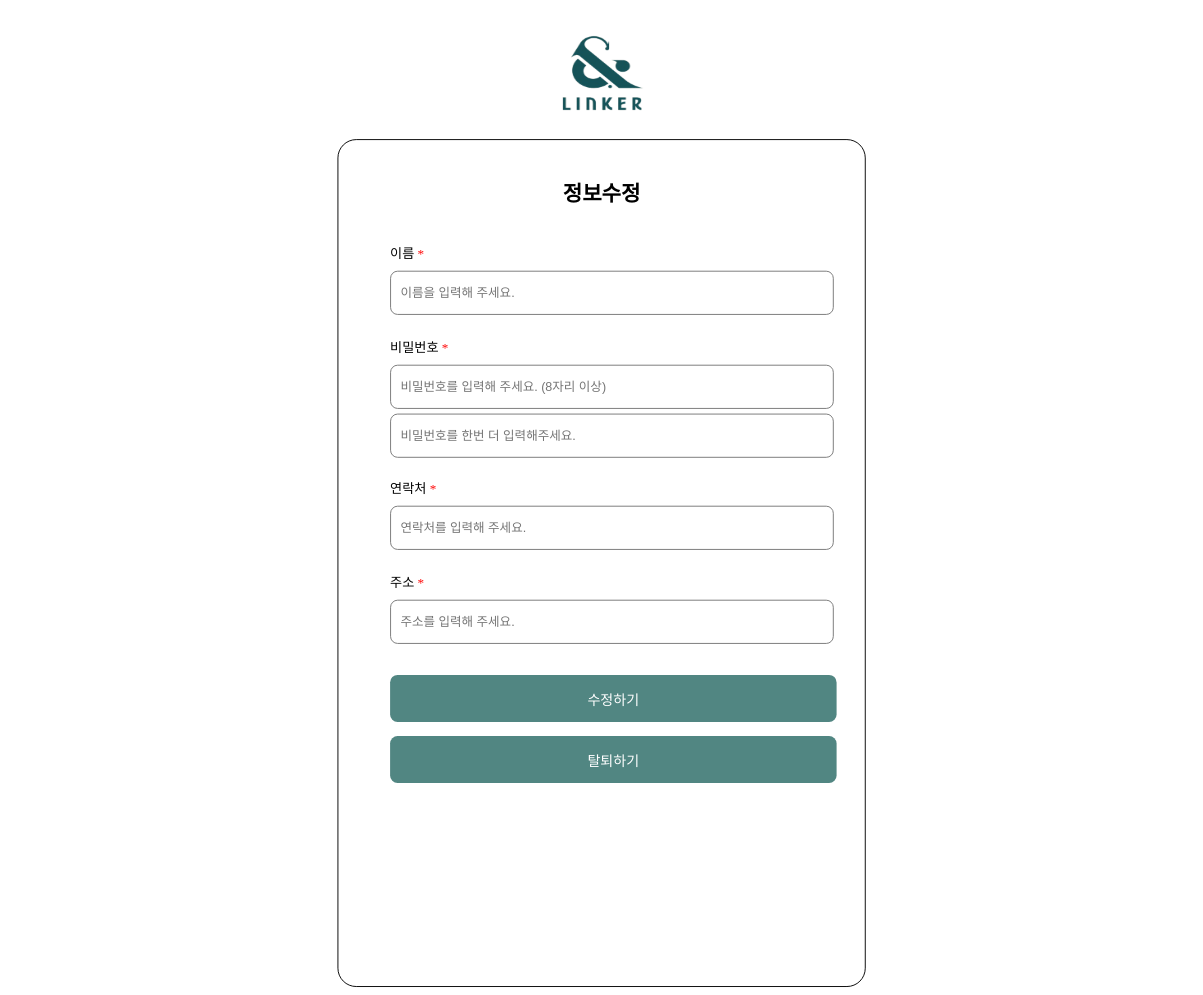
Repository: soomseting/let_me_go
Page: http://localhost/LINKER_re/jsp/main/user_update.jsp
An editor plug-in stored every save of this project. The page is shown before and after the next save, followed by the edit.
The browser window is 1280 px wide. The pictures show the whole page, at 94% of full size.
The pointer rests on the first visible `.su_con_for`.
The page is served by Tomcat 9. Other server files are loaded and not shown.

Above is the page before, as saved 2025-03-24 02:08:37.
Console error: TypeError: Cannot set properties of null (setting 'onclick')

### LINKER_re/src/main/webapp/jsp/main/user_update.jsp
<%@ page language="java" contentType="text/html; charset=UTF-8"
    pageEncoding="UTF-8"%>
<!DOCTYPE html>
<html lang="en">

<head>
    <meta charset="UTF-8">
    <meta name="viewport" content="width=device-width, initial-scale=1.0">
    <title>Document</title>
    <link rel="stylesheet" href="../../css/sign_up.css">
    <script src="https://ajax.googleapis.com/ajax/libs/jquery/3.3.1/jquery.min.js"></script>
    <script src="../../js/jquery-3.7.1.js"></script>
    <script src="../../js/script.js"></script>
</head>

<body>
    <section>
        <div class="sign_up_logo">
            <img src="../../img/logo.png" alt="logo">
        </div>
        <div class="sign_up_content">
            <div class="su_title">
                <h1>정보수정</h1>
            </div>
            <form action="/LINKER/jsp/main/sign_up.jsp.users">
            <div class="su_con_wrap">
                <div class="su_con_box">
                    <div class="su_ct">이름<span> *</span></div>
                    <div class="su_input"><input type="text" name="user_name" placeholder="이름을 입력해 주세요."></div>
                </div>
                <div class="su_con_box">
                    <div class="su_ct">비밀번호<span> *</span></div>
                    <div class="su_input"><input type="password" name="password" placeholder="비밀번호를 입력해 주세요. (8자리 이상)"></div>
                    <div class="su_input"><input type="password" placeholder="비밀번호를 한번 더 입력해주세요."></div>
                </div>
                <div class="su_con_box su_con_one">
                    <div class="su_ct">연락처<span> *</span></div>
                    <div class="su_input"><input type="text" name="phone" placeholder="연락처를 입력해 주세요."></div>
                </div>
                <div class="su_con_box su_con_thr">
                    <div class="su_ct">주소<span> *</span></div>
                    <div class="su_input"><input type="text" name="user_address" placeholder="주소를 입력해 주세요."></div>
                </div>
                <div class="su_con_box su_con_for">
                    <div class="su_input sui1"><input type="submit" value="수정하기"></div>
                    <div class="su_input sui2"><input type="submit" value="탈퇴하기"></div>
                </div>
            </div>
            </form>
        </div>
    </section>
</body>

</html>

### LINKER_re/src/main/webapp/css/sign_up.css
/*sign_up*/
.sign_up_logo{width: 250px;height: 140px;margin: 0 auto;}
.sign_up_logo img{width: 250px;height: 140px;}

.sign_up_content{width: 560px;height: 900px;border: 1px solid black; margin: 0 auto; border-radius: 20px;}

.su_title{font-weight: bold;font-family: Arial, Helvetica, sans-serif; padding: 20px 50px;text-align: center; font-size: 15px;}

.su_con_wrap{width: 560px;height: 800px;}
.su_con_box{width: 450px;height: 100px;margin: 0 auto;}
.su_ct{font-size: 14px; margin-bottom: 10px;}
.su_ct span{color: red;}
.su_input input{width: 450px;height: 45px; border-radius: 8px; border: 1px solid #777;margin-bottom: 5px;}
.su_input input[placeholder]{padding: 0 10px;}
.su_con_one{margin-top: 50px;}
/* .su_con_for{margin-top: 15px;} */
.su_con_for input{width: 475px;height: 50px; margin-top: 10px; background: #165358; color: #fff;font-size: 15px;transition: 0.3s;border: none;}
.su_con_for:hover input{background: #518682; transition: 0.3s;border: none;cursor: pointer;}

#sign_up_agree{font-size: 10px;margin-bottom: 10px;color: rgb(154, 155, 167);}

.su_flex{display: flex; align-items: center;}
.su_flex input{width: 20px;height: 20px;}

### LINKER_re/src/main/webapp/js/script.js
$(document).ready(function () {

        //main_img_slide
        var img= $("#slide div");
        var cnt=0;
        var max=img.length-1;
        setInterval(next ,3000);

        function next(){
            if(img.is(":animated")) return false;
            $(img[cnt]).animate({"left":"-100%"}).siblings().css({"left":"100%"});
            cnt++;
            if(cnt>max) cnt=0;
            $(img[cnt]).animate({"left":0});
            }

        //sign_in_popup
        function open(){
            $('#pop').css({"display":"block"});

            $('#semi_wrap').css({"position":"sticky"});
            $('section').css({"margin-top":"0"});
        }
        $(".sign_in").on("click",open);
        function close(){
            $('#pop').css({"display":"none"});
            $('#semi_wrap').css({"position":"fixed"});
            $('section').css({"margin-top":"101px"});
        }
        $("#close").on("click",close);

        $('input[type="checkbox"][name="user_category"]').click(function(){

            if($(this).prop('checked')){
               $('input[type="checkbox"][name="user_category"]').prop('checked',false);
               $(this).prop('checked',true);
              }
        });

        /*product_detail*/
        var detail_main = document.querySelector(".detail_main img");
        var detail_sub = document.querySelector(".detail_sub");

        // var ping = document.querySelectorAll(".de_sub img");

        detail_sub.onclick = function(e){
            // console.log(event.target);
            if(e.target.getName == "DIV"){
                return;
            }
            detail_main.src = e.target.src;
        }
        // ping.onclick = function(){
        //     if(ping.classList.contains("pr_ping")){
        //         ping.style.width = "50px";
        //         ping.style.height = "50px";
        //         ping.style.border = "5px solid black";
        //     }else{
        //         ping.style.width = "50px";
        //         ping.style.height = "50px";
        //         ping.style.border = "none";
        //     }
        //     ping.classList.toggle("pr_ping");
        // }
});

Loaded but not shown: LINKER_re/src/main/webapp/js/jquery-3.7.1.js (library)

After the next save:
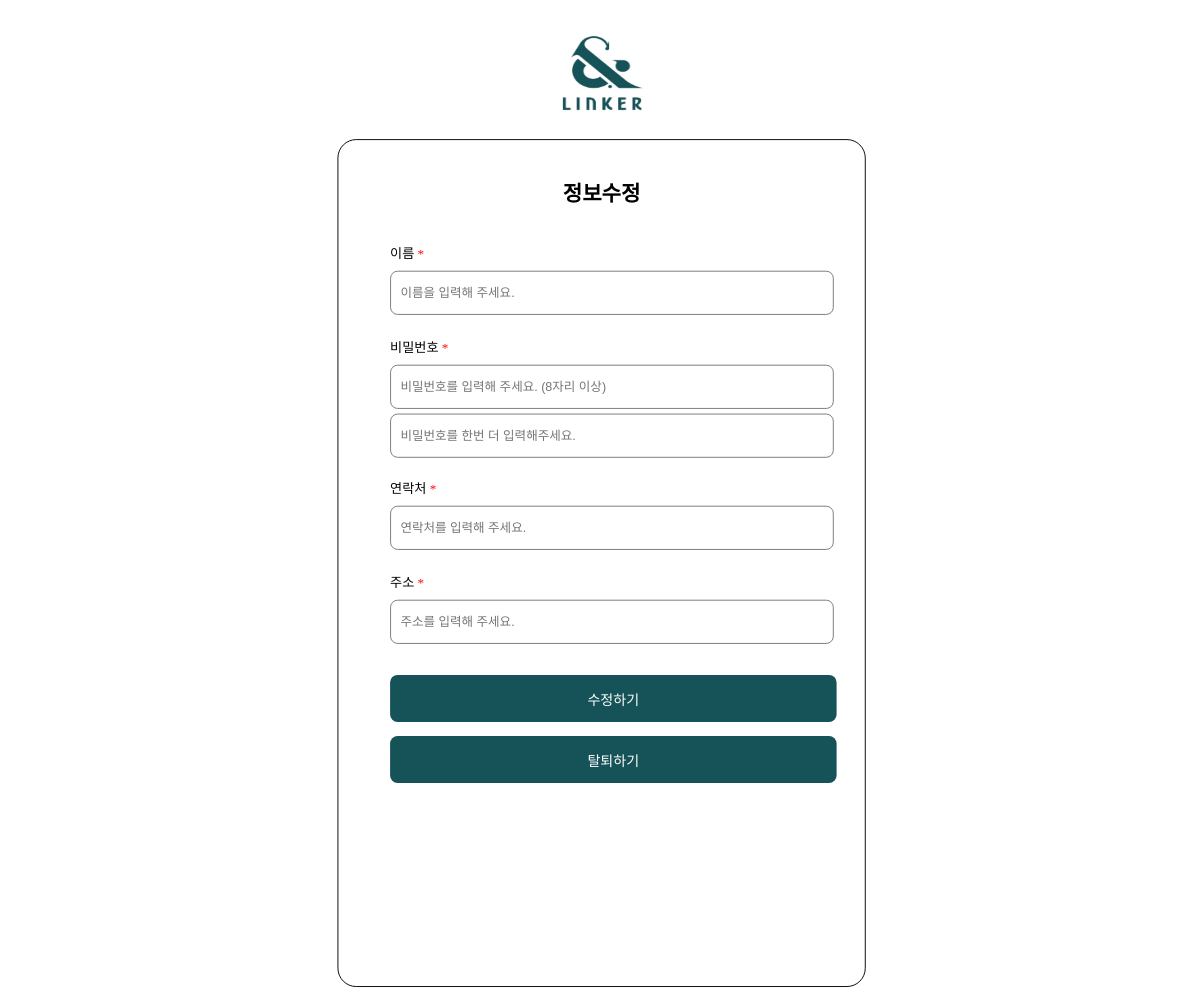
Saved 9 s later.
--- a/LINKER_re/src/main/webapp/css/sign_up.css
+++ b/LINKER_re/src/main/webapp/css/sign_up.css
@@ -15,7 +15,7 @@
 .su_con_one{margin-top: 50px;}
 /* .su_con_for{margin-top: 15px;} */
 .su_con_for input{width: 475px;height: 50px; margin-top: 10px; background: #165358; color: #fff;font-size: 15px;transition: 0.3s;border: none;}
-.su_con_for:hover input{background: #518682; transition: 0.3s;border: none;cursor: pointer;}
+.su_con_for>.sui1:hover input{background: #518682; transition: 0.3s;border: none;cursor: pointer;}
 
 #sign_up_agree{font-size: 10px;margin-bottom: 10px;color: rgb(154, 155, 167);}
 
